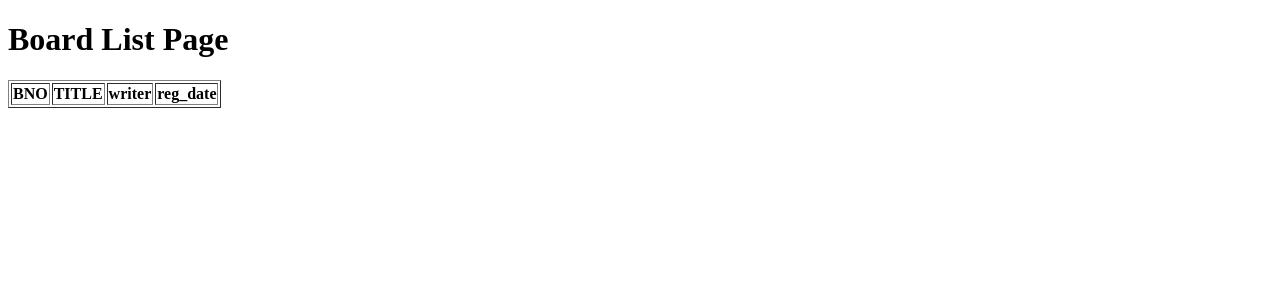
Repository: dhalfks/java2022_09_03
Page: http://localhost/board/brd/list
These files come from the project's save history. The page is drawn as it stood at one moment and after the next save; the edit follows.
The browser window is 1280 px wide. The pictures show the whole page.
The page is served by Tomcat 9. Queries for data that is not in the repository find no rows.

Above is the page before, as saved 2022-11-26 08:35:00.

After the next save:
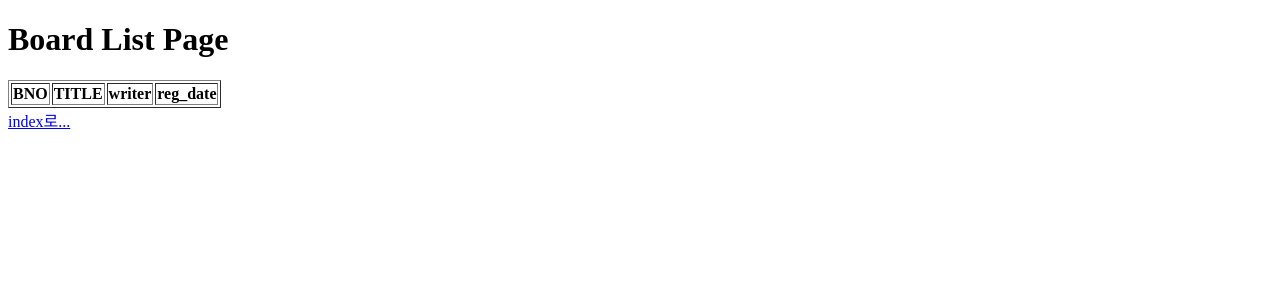
Saved 97 s later.
--- a/JSP_Board/board/src/main/webapp/board/list.jsp
+++ b/JSP_Board/board/src/main/webapp/board/list.jsp
@@ -26,5 +26,6 @@
 	</c:forEach>
 
 </table>
+<a href="/index.jsp">index로...</a>
 </body>
 </html>
